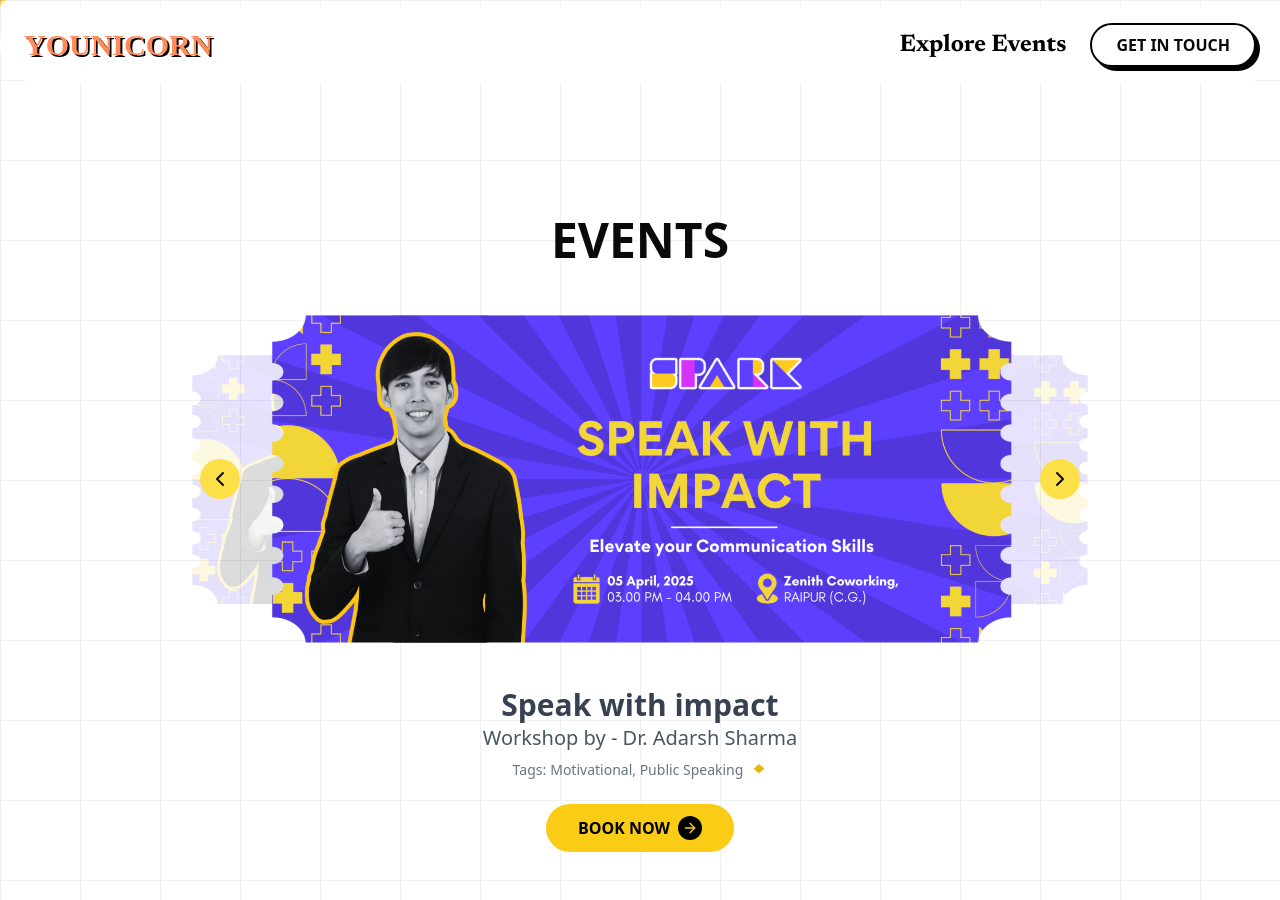
Repository: as-avni/dreamersite
Page: /events
The author's editor kept a copy of each file at every save. The page is drawn from the files as they stood at one save, then again after a run of saves.
The browser window is 1280 px wide. The pictures show the whole page.
Some web fonts or font styles are not loaded; a fallback is used. The project was rebuilt for these pictures with package versions that can differ from the ones it lists, and the page was loaded fresh each time. The framework's server and built-in components were replaced by stand-ins that run in the browser. Also part of the build but not shown: next.config.ts.

Above is the page before, as saved 2025-03-27 17:31:57.

### src/app/layout.tsx

import type { Metadata } from "next";
import { Geist, Geist_Mono } from "next/font/google";
import "./globals.css";
import Header from "@/components/navbar";

const geistSans = Geist({
  variable: "--font-geist-sans",
  subsets: ["latin"],
});

const geistMono = Geist_Mono({
  variable: "--font-geist-mono",
  subsets: ["latin"],
});

export const metadata: Metadata = {
  title: "Younicorn",
  description: "A community of entrepreneurs, aspiring entrepreneurs, leaders and professionals from any industry who come together to gain and give massive exposure to the leaders of tomorrow.",
};

export default function RootLayout({
  children,
}: Readonly<{
  children: React.ReactNode;
}>) {
  return (
    <html lang="en">
      <body className={`${geistSans.variable} ${geistMono.variable}`}>
        <Header />
        {children}
      </body>
    </html>
  );
}

### src/app/events/page.tsx
import CustomCursor from "@/hooks/CustomCursor"
import EventsPage from "./events-page"

export default function Home() {
    return (
        <main className="min-h-screen bg-white font-sans antialiased">
        <CustomCursor />
        <EventsPage />
        </main>
    )
}

### src/app/globals.css
@import url('https://fonts.googleapis.com/css2?family=Anek+Devanagari:wght@100..800&family=Khand:wght@300;400;500;600;700&family=Newsreader:ital,opsz,wght@0,6..72,200..800;1,6..72,200..800&family=Noto+Sans:ital,wght@0,100..900;1,100..900&family=Poppins:ital,wght@0,100;0,200;0,300;0,400;0,500;0,600;0,700;0,800;0,900;1,100;1,200;1,300;1,400;1,500;1,600;1,700;1,800;1,900&family=Rampart+One&display=swap');
@import url('https://fonts.googleapis.com/css2?family=Anek+Devanagari:wght@100..800&family=Archivo+Narrow:ital,wght@0,400..700;1,400..700&family=Khand:wght@300;400;500;600;700&family=Newsreader:ital,opsz,wght@0,6..72,200..800;1,6..72,200..800&family=Noto+Sans:ital,wght@0,100..900;1,100..900&family=Poppins:ital,wght@0,100;0,200;0,300;0,400;0,500;0,600;0,700;0,800;0,900;1,100;1,200;1,300;1,400;1,500;1,600;1,700;1,800;1,900&family=Rampart+One&display=swap');
@import url('https://fonts.googleapis.com/css2?family=Archivo+Narrow:ital,wght@0,400..700;1,400..700&display=swap');

@import url('https://fonts.googleapis.com/css2?family=DM+Serif+Display:ital@0;1&display=swap');


@tailwind base;
@tailwind components;
@tailwind utilities;

html,
body {
  max-width: 100vw;
  overflow-x: hidden;
}

* {
  cursor: none;
}
input, textarea, button, select, a {
  cursor: auto;
}

.blinking-cursor {
  display: inline-block;
  width: 10px;
  height: 5rem; /* Adjust height to match text size */
  vertical-align: middle; /* Align with text */
  animation: blink 0.8s steps(2, start) infinite;
  font-family: 'Courier New', monospace;
}

@keyframes blink {
  50% {
    opacity: 0;
  }
}

body {
  -webkit-font-smoothing: antialiased;
  -moz-osx-font-smoothing: grayscale;

}



* {
  box-sizing: border-box;
  padding: 0;
  margin: 0;
}

a {
  color: inherit;
  text-decoration: none;
}

@media (prefers-color-scheme: dark) {
  html {
    color-scheme: dark;
  }
}

@layer base {
  :root {
    --background: 0 0% 100%;
    --foreground: 0 0% 3.9%;
    --card: 0 0% 100%;
    --card-foreground: 0 0% 3.9%;
    --popover: 0 0% 100%;
    --popover-foreground: 0 0% 3.9%;
    --primary: 0 0% 9%;
    --primary-foreground: 0 0% 98%;
    --secondary: 0 0% 96.1%;
    --secondary-foreground: 0 0% 9%;
    --muted: 0 0% 96.1%;
    --muted-foreground: 0 0% 45.1%;
    --accent: 0 0% 96.1%;
    --accent-foreground: 0 0% 9%;
    --destructive: 0 84.2% 60.2%;
    --destructive-foreground: 0 0% 98%;
    --border: 0 0% 89.8%;
    --input: 0 0% 89.8%;
    --ring: 0 0% 3.9%;
    --chart-1: 12 76% 61%;
    --chart-2: 173 58% 39%;
    --chart-3: 197 37% 24%;
    --chart-4: 43 74% 66%;
    --chart-5: 27 87% 67%;
    --radius: 0.5rem;
  }
  .dark {
    --background: 0 0% 3.9%;
    --foreground: 0 0% 98%;
    --card: 0 0% 3.9%;
    --card-foreground: 0 0% 98%;
    --popover: 0 0% 3.9%;
    --popover-foreground: 0 0% 98%;
    --primary: 0 0% 98%;
    --primary-foreground: 0 0% 9%;
    --secondary: 0 0% 14.9%;
    --secondary-foreground: 0 0% 98%;
    --muted: 0 0% 14.9%;
    --muted-foreground: 0 0% 63.9%;
    --accent: 0 0% 14.9%;
    --accent-foreground: 0 0% 98%;
    --destructive: 0 62.8% 30.6%;
    --destructive-foreground: 0 0% 98%;
    --border: 0 0% 14.9%;
    --input: 0 0% 14.9%;
    --ring: 0 0% 83.1%;
    --chart-1: 220 70% 50%;
    --chart-2: 160 60% 45%;
    --chart-3: 30 80% 55%;
    --chart-4: 280 65% 60%;
    --chart-5: 340 75% 55%;
  }
}

@layer base {
  * {
    @apply border-border;
  }
  body {
    @apply bg-background text-foreground;
  }
}

### src/components/navbar.tsx
"use client";

import { useState } from "react";
import Link from "next/link";

export default function Header() {
  const [isOpen, setIsOpen] = useState(false);

  return (
    <header className="w-full py-4 px-6 flex items-center fixed justify-between top-[1%] z-50 bg-white bg-opacity-100 backdrop-blur-md rounded-full">
      {/* Logo */}
      <div className="flex-shrink-0">
        <Link href="/">
          <span
            className="text-3xl font-extrabold tracking-normal"
            style={{
              color: "#FF8C5A",
              textShadow: "2px 2px 0 #000",
              fontFamily: "Rampart One, cursive",
            }}
          >
            YOUNICORN
          </span>
        </Link>
      </div>

      {/* Mobile Menu Toggle */}
      <button
        className="md:hidden text-3xl"
        onClick={() => setIsOpen(!isOpen)}
      >
        ☰
      </button>

      {/* Navigation Links */}
      <div
        className={`flex flex-col md:flex-row items-center gap-6 ${
          isOpen ? "block" : "hidden md:flex"
        } absolute md:static top-16 left-0 w-full md:w-auto bg-white md:bg-transparent shadow-md md:shadow-none rounded-lg md:rounded-none p-4 md:p-0`}
      >
        <div className="flex flex-col md:flex-row items-center gap-4 md:gap-6 w-full md:w-auto space-y-4 md:space-y-0">
          <Link
            href="/events"
            className="font-bold text-2xl/7 text-black font-newsreader"
          >
            Explore Events
          </Link>

          <Link href="/contact">
            <div className="relative group">
              <div className="absolute inset-0 bg-black rounded-full translate-x-1 translate-y-1"></div>
              <button className="relative bg-white border-2 border-black rounded-full px-6 py-2 font-bold transition-transform group-hover:-translate-x-0.5 group-hover:-translate-y-0.5">
                GET IN TOUCH
              </button>
            </div>
          </Link>
        </div>
      </div>
    </header>
  );
}

### src/hooks/CustomCursor.tsx
"use client";

import { useEffect, useState } from "react";
import Image from "next/image";

export default function CustomCursor() {
  const [position, setPosition] = useState<{ x: number; y: number }>({ x: 0, y: 0 });

  useEffect(() => {
    const moveCursor = (e: MouseEvent) => {
      setPosition({ x: e.clientX, y: e.clientY });
    };

    window.addEventListener("mousemove", moveCursor);
    return () => window.removeEventListener("mousemove", moveCursor);
  }, []);

  return (
    <div
      style={{
        position: "fixed",  // Changed from "absolute" to "fixed"
        top: `${position.y}px`,
        left: `${position.x}px`,
        transform: "translate(-50%, -50%)",
        pointerEvents: "none",
        zIndex: 9999,  // Ensures it's above all elements
      }}
    >
      <Image src="/cursor.png" alt="Custom Cursor" width={40} height={40} />
    </div>
  );
}

### src/app/events/events-page.tsx
"use client"

import { useState } from "react"
import { ArrowRight, ChevronLeft, ChevronRight } from "lucide-react"
import Image from "next/image"
// import Link from "next/link"

// Event data
const events = [
{
    id: 1,
    image: "/images/event-ticket.png",
    title: "Speak with impact",
    presenter: "Dr. Adarsh Sharma",
    tags: ["Motivational", "Public Speaking"],
},
{
    id: 2,
    image: "/placeholder.svg?height=220&width=800",
    title: "Design Thinking Workshop",
    presenter: "Sarah Johnson",
    tags: ["Design", "Innovation"],
},
{
    id: 3,
    image: "/placeholder.svg?height=220&width=800",
    title: "Startup Funding Masterclass",
    presenter: "Michael Chen",
    tags: ["Business", "Finance"],
},
]

export default function EventsPage() {
const [currentIndex, setCurrentIndex] = useState(0)
const currentEvent = events[currentIndex]

const goToPrevious = () => {
    const isFirstSlide = currentIndex === 0
    const newIndex = isFirstSlide ? events.length - 1 : currentIndex - 1
    setCurrentIndex(newIndex)
}

const goToNext = () => {
    const isLastSlide = currentIndex === events.length - 1
    const newIndex = isLastSlide ? 0 : currentIndex + 1
    setCurrentIndex(newIndex)
}

return (
    <div className="min-h-screen bg-white bg-[linear-gradient(#f0f0f0_1px,transparent_1px),linear-gradient(90deg,#f0f0f0_1px,transparent_1px)] bg-[size:80px_80px] flex flex-col items-center px-4 py-8">


    {/* Events Heading */}8
    <h1 className="text-5xl font-bold mt-40">EVENTS</h1>

    {/* Event Carousel */}
    <div className="w-full max-w-4xl relative mb-8 my-10">
        {/* Navigation Arrows */}
        <button
        onClick={goToPrevious}
        className="absolute left-2 top-1/2 -translate-y-1/2 bg-yellow-300 rounded-full p-2 z-10 hover:bg-yellow-400 transition-colors"
        >
        <ChevronLeft className="h-6 w-6" />
        </button>
        <button
        onClick={goToNext}
        className="absolute right-2 top-1/2 -translate-y-1/2 bg-yellow-300 rounded-full p-2 z-10 hover:bg-yellow-400 transition-colors"
        >
        <ChevronRight className="h-6 w-6" />
        </button>

        {/* Event Ticket/Banner Image */}
        <div className="w-full h-[350px] rounded-2xl overflow-hidden">
            <Image
                src={currentEvent.image || "/placeholder.svg"}
                alt={currentEvent.title}
                width={800}
                height={220}
                className="w-full h-full object-contain"
            />
        </div>
    </div>

    {/* Event Details - Changes based on current carousel item */}
    <div className="text-center mb-4">
        <h2 className="text-3xl font-semibold text-gray-700 leading-tight">{currentEvent.title}</h2>
        <p className="text-xl text-gray-600 mb-2">Workshop by - {currentEvent.presenter}</p>

        <div className="flex justify-center items-center mb-6">
        <div className="inline-flex items-center">
            <span className="text-sm text-gray-500">Tags: </span>
            <span className="text-sm text-gray-500 ml-1">{currentEvent.tags.join(", ")}</span>
        </div>
        <div className="ml-2 text-yellow-500">
            <svg width="16" height="16" viewBox="0 0 24 24" fill="none" xmlns="http://www.w3.org/2000/svg">
            <path d="M12 3L20 10L12 17L4 10L12 3Z" fill="currentColor" />
            </svg>
        </div>
        </div>

        <button className="bg-yellow-400 text-black px-8 py-3 rounded-full font-bold flex items-center mx-auto hover:bg-yellow-500 transition-colors">
        <span>BOOK NOW</span>
        <div className="ml-2 bg-black rounded-full p-1">
            <ArrowRight className="h-4 w-4 text-yellow-400" />
        </div>
        </button>
    </div>
    </div>
)
}

### tailwind.config.js
/** @type {import('tailwindcss').Config} */
module.exports = {
    darkMode: ["class"],
    content: [
    "./app/**/*.{js,ts,jsx,tsx,mdx}",
    "./pages/**/*.{js,ts,jsx,tsx,mdx}",
    "./components/**/*.{js,ts,jsx,tsx,mdx}",
    "./src/**/*.{js,ts,jsx,tsx,mdx}",
],
	theme: {
		extend: {
			fontFamily: {
				poppins: [
					'Poppins',
					'sans-serif'
				],
				notosans: [
					'Noto Sans',
					'sans-serif'
				],
				rampartone: [
					'Rampart One',
					'cursive'
				],
				newsreader: [
					'Newsreader',
					'serif'
				],
				pacifico: [
					'Pacifico',
					'cursive'
				],
				dmSerif: [
					'DM Serif Display',
					"serif"
				],
				archivenarrow: [
					'Archivo Narrow',
					'sans-serif'
				]
			},
			borderRadius: {
				lg: 'var(--radius)',
				md: 'calc(var(--radius) - 2px)',
				sm: 'calc(var(--radius) - 4px)'
			},
			colors: {
				background: 'hsl(var(--background))',
				foreground: 'hsl(var(--foreground))',
				card: {
					DEFAULT: 'hsl(var(--card))',
					foreground: 'hsl(var(--card-foreground))'
				},
				popover: {
					DEFAULT: 'hsl(var(--popover))',
					foreground: 'hsl(var(--popover-foreground))'
				},
				primary: {
					DEFAULT: 'hsl(var(--primary))',
					foreground: 'hsl(var(--primary-foreground))'
				},
				secondary: {
					DEFAULT: 'hsl(var(--secondary))',
					foreground: 'hsl(var(--secondary-foreground))'
				},
				muted: {
					DEFAULT: 'hsl(var(--muted))',
					foreground: 'hsl(var(--muted-foreground))'
				},
				accent: {
					DEFAULT: 'hsl(var(--accent))',
					foreground: 'hsl(var(--accent-foreground))'
				},
				destructive: {
					DEFAULT: 'hsl(var(--destructive))',
					foreground: 'hsl(var(--destructive-foreground))'
				},
				border: 'hsl(var(--border))',
				input: 'hsl(var(--input))',
				ring: 'hsl(var(--ring))',
				chart: {
					'1': 'hsl(var(--chart-1))',
					'2': 'hsl(var(--chart-2))',
					'3': 'hsl(var(--chart-3))',
					'4': 'hsl(var(--chart-4))',
					'5': 'hsl(var(--chart-5))'
				}
			}
		}
	},
	plugins: [import("tailwindcss-animate")],
	}

After the next 4 saves:
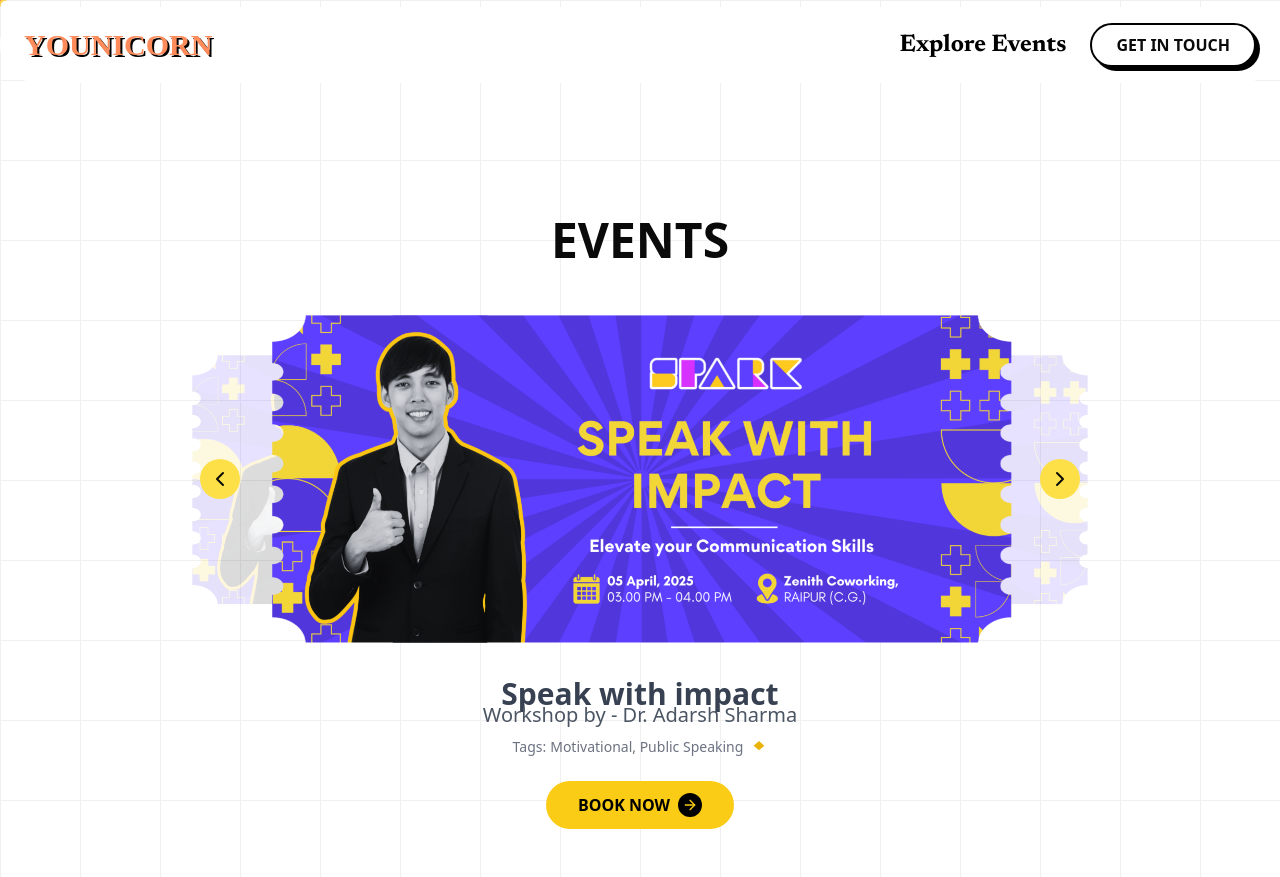
The 4 saves are shown as one change because they came seconds apart.
The last was saved 67 s later.
--- a/src/app/events/events-page.tsx
+++ b/src/app/events/events-page.tsx
@@ -83,7 +83,7 @@ return (
 
     {/* Event Details - Changes based on current carousel item */}
     <div className="text-center mb-4">
-        <h2 className="text-3xl font-semibold text-gray-700 leading-tight">{currentEvent.title}</h2>
+        <h2 className="text-3xl font-semibold text-gray-700 leading-[0.5] ">{currentEvent.title}</h2>
         <p className="text-xl text-gray-600 mb-2">Workshop by - {currentEvent.presenter}</p>
 
         <div className="flex justify-center items-center mb-6">
